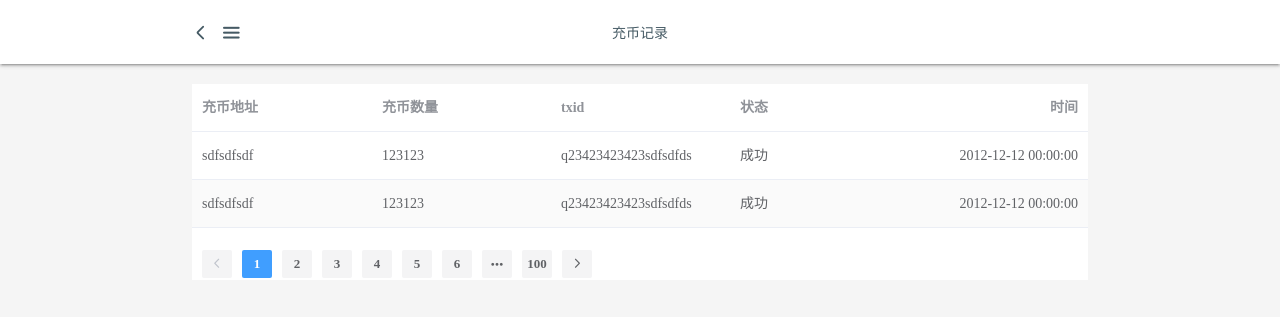
Repository: miyanshichen/ent
Page: /finance/deposit/logs
These files come from the project's save history. The page is drawn as it stood at one moment and after a run of saves; the edit follows.
The browser window is 1280 px wide. The pictures show the whole page.
The project was rebuilt for these pictures with package versions that can differ from the ones it lists, and the page was loaded fresh each time. Also part of the build but not shown: vue.config.js, src/assets/font/iconfont.js, src/components/Input.vue.

Above is the page before, as saved 2021-01-13 16:49:27.

After the next 3 saves:
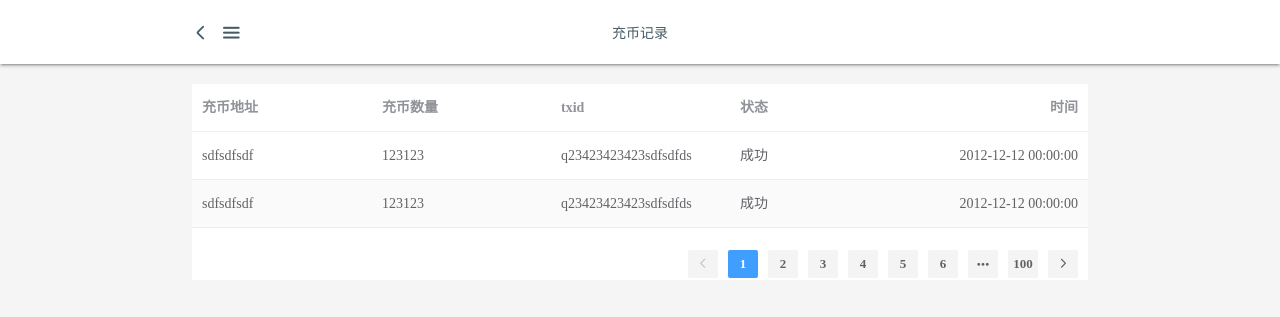
The 3 saves are shown as one change because they came seconds apart.
The last was saved 24 s later.
--- a/src/views/assets/depositLogs.vue
+++ b/src/views/assets/depositLogs.vue
@@ -13,8 +13,10 @@
           align="right"
         ></el-table-column>
       </el-table>
-      <el-pagination background layout="prev, pager, next" :total="1000">
-      </el-pagination>
+      <div class="mc-flex mc-flex-justify-end">
+        <el-pagination background layout="prev, pager, next" :total="1000">
+        </el-pagination>
+      </div>
     </div>
   </div>
 </template>
